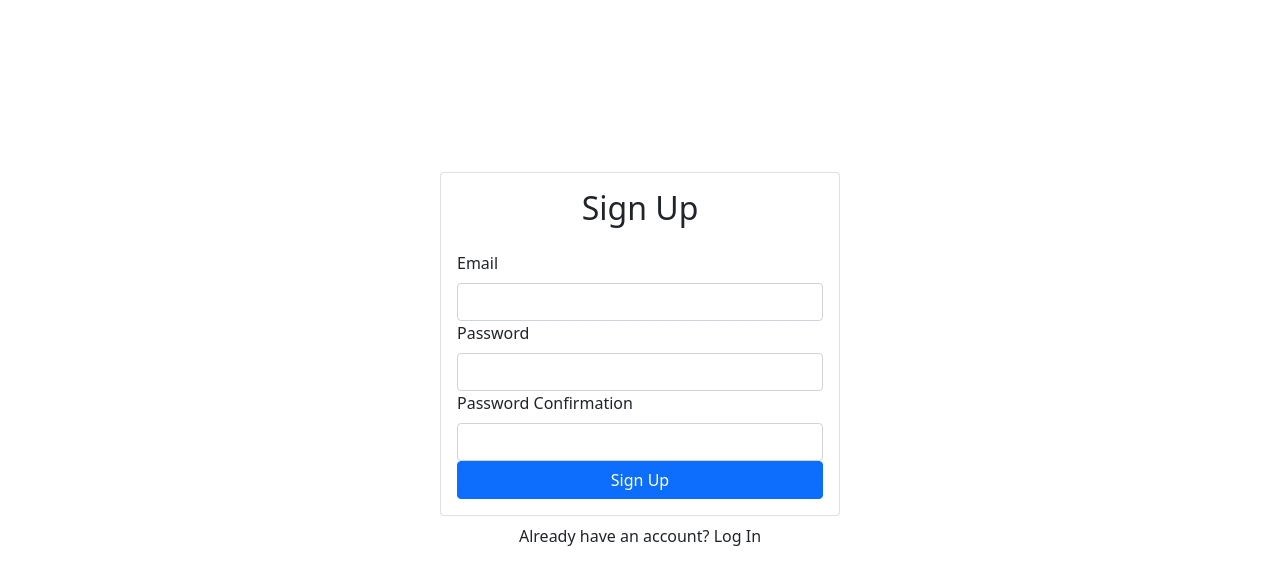
Repository: JaydenTianranYang/EsolApp
Page: /signup
These files come from the project's save history. The page is drawn as it stood at one moment and after the next save; the edit follows.
The browser window is 1280 px wide. The pictures show the whole page.
The project was rebuilt for these pictures with package versions that can differ from the ones it lists, and the page was loaded fresh each time.

Above is the page before, as saved 2022-04-06 23:25:54.

### src/index.js
import React from 'react';
import ReactDOM from 'react-dom';
import './index.css';
import App from './components/App';
import reportWebVitals from './reportWebVitals';
import "bootstrap/dist/css/bootstrap.min.css"

ReactDOM.render(
  <React.StrictMode>
    <App />
  </React.StrictMode>,
  document.getElementById('root')
);

// If you want to start measuring performance in your app, pass a function
// to log results (for example: reportWebVitals(console.log))
// or send to an analytics endpoint. Learn more: https://bit.ly/CRA-vitals
reportWebVitals();

### src/components/App.js
import React from 'react'
import Signup from './Signup'
import { Container } from 'react-bootstrap'
import { AuthProvider } from '../contexts/AuthContext';

function App() {
  return (
    <AuthProvider>
      <Container className="d-flex align-items-center justify-content-center"
        style={{ minHeight: "100vh" }}
      >
        <div className="w-100" style={{ maxWidth: "400px" }}>
          <Signup />
        </div>
      </Container>
    </AuthProvider>
  )
}

export default App;

### src/components/Signup.js
import React, { useRef, useState } from 'react'
import { Form, Button, Card, Alert } from 'react-bootstrap'
import { useAuth } from '../contexts/AuthContext'

export default function Signup() {
    const emailRef = useRef()
    const passwordRef = useRef()
    const passwordConfirmRef = useRef()
    const { signup } = useAuth()
    const [error, setError] = useState('')
    const [loading, setLoading] = useState(false)

    async function handleSubmit(e) {
        e.preventDefault()
        if (passwordRef.current.value !== passwordConfirmRef.current.value){
            return setError('Password do not match')
        }

        try{
            setError('')
            setLoading(true)
            await signup(emailRef.current.value, passwordRef.current.value)
        } catch {
            setError('Failed to create an account')
        }
        setLoading(false)
    }

    return (
        <>
            <Card>
                <Card.Body>
                    <h2 className="text-center mb-4">Sign Up</h2>
                    {error && <Alert varaint="danger">{error}</Alert>}
                    <Form onSubmit={handleSubmit}>
                        <Form.Group id="email">
                            <Form.Label>Email</Form.Label>
                            <Form.Control type="email" ref={emailRef} required />
                        </Form.Group>
                        <Form.Group id="password">
                            <Form.Label>Password</Form.Label>
                            <Form.Control type="password" ref={passwordRef} required />
                        </Form.Group>
                        <Form.Group id="password-confirm">
                            <Form.Label>Password Confirmation</Form.Label>
                            <Form.Control type="password" ref={passwordConfirmRef} required />
                        </Form.Group>
                        <Button disabled={loading} className="w-100" type="submit">Sign Up</Button>
                    </Form>
                </Card.Body>
            </Card>
            <div className="w-100 text-center mt-2">
                Already have an account? Log In
            </div>
        </>
    )
}

### src/contexts/AuthContext.js
import React, { useContext, useState, useEffect } from 'react'
import { auth } from '../firebase'

const AuthContext = React.createContext()

export function useAuth() {
    return useContext(AuthContext)
}

export function AuthProvider({ children }) {
    const [currentUser, setCurrentUser] = useState()

    function signup(email, password) {
        return auth.createUserWithEmailAndPassword(email, password)
    }

    useEffect(() => {
        const unsubscribe = auth.onAuthStateChanged(user => {
            setCurrentUser(user)
        })

        return unsubscribe
    }, [])



    const value = {
        currentUser,
        signup
    }

    return (
        <AuthContext.Provider value={value}>
            {children}
        </AuthContext.Provider>
    )
}

### src/firebase.js
import firebase from "firebase/compat/app"
import "firebase/compat/auth"

const app = firebase.initializeApp({
    apiKey: process.env.REACT_APP_FIREBASE_API_KEY,
    authDomain: process.env.REACT_APP_FIREBASE_AUTH_DOMAIN,
    projectId: process.env.REACT_APP_FIREBASE_PROJECT_ID,
    storageBucket: process.env.REACT_APP_FIREBASE_STORAGE_BUCKET,
    messagingSenderId: process.env.REACT_APP_FIREBASE_MESSAGING_SENDER_ID,
    appId: process.env.REACT_APP_FIREBASE_APP_ID
})

export const auth = app.auth()
export default app

Loaded but not shown: public/index.html (common file); src/index.css (common file); src/reportWebVitals.js (common file)

After the next save:
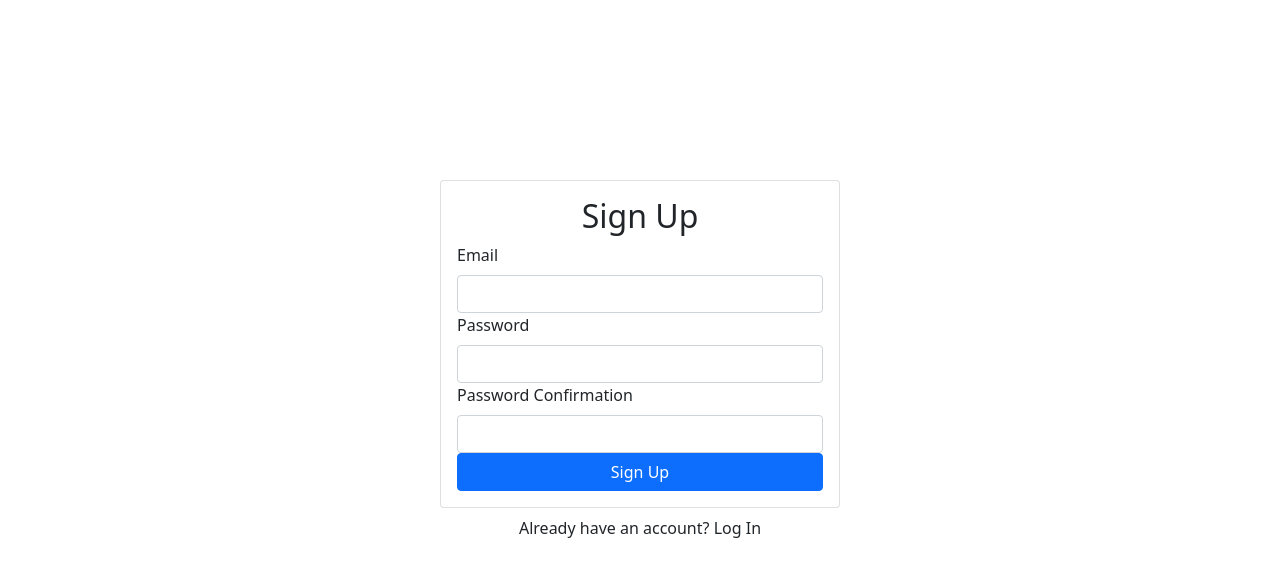
Saved 36 s later.
--- a/src/components/Signup.js
+++ b/src/components/Signup.js
@@ -30,7 +30,7 @@
         <>
             <Card>
                 <Card.Body>
-                    <h2 className="text-center mb-4">Sign Up</h2>
+                    <h2 className="text-center mb-10">Sign Up</h2>
                     {error && <Alert varaint="danger">{error}</Alert>}
                     <Form onSubmit={handleSubmit}>
                         <Form.Group id="email">

After the save that followed:
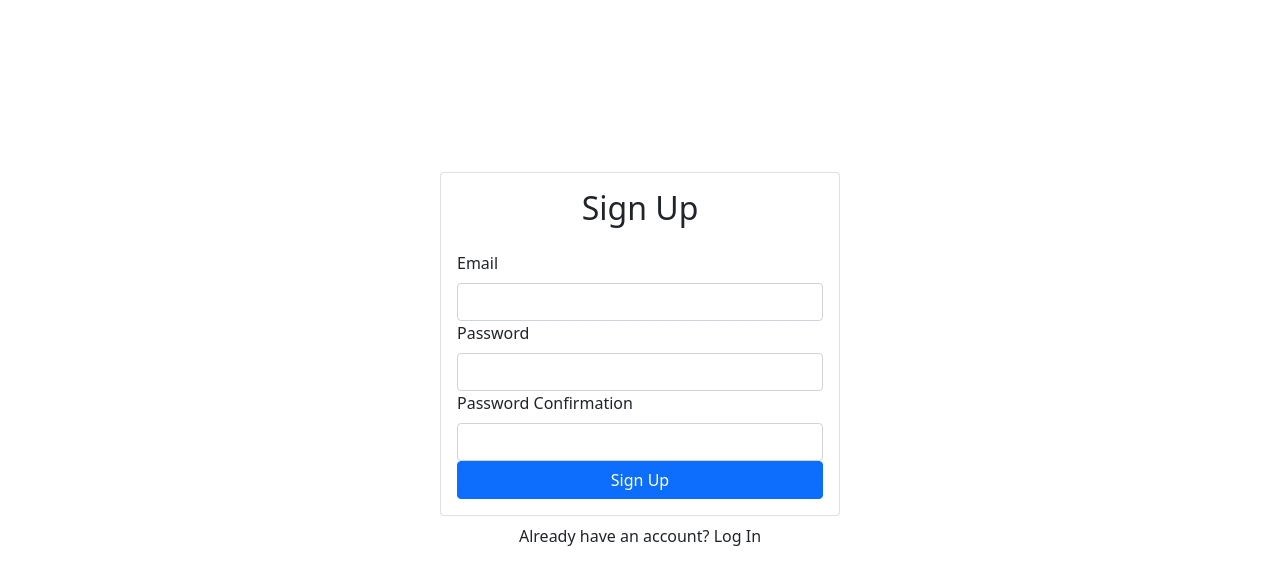
Saved 11 s later.
--- a/src/components/Signup.js
+++ b/src/components/Signup.js
@@ -30,7 +30,7 @@
         <>
             <Card>
                 <Card.Body>
-                    <h2 className="text-center mb-10">Sign Up</h2>
+                    <h2 className="text-center mb-4">Sign Up</h2>
                     {error && <Alert varaint="danger">{error}</Alert>}
                     <Form onSubmit={handleSubmit}>
                         <Form.Group id="email">
